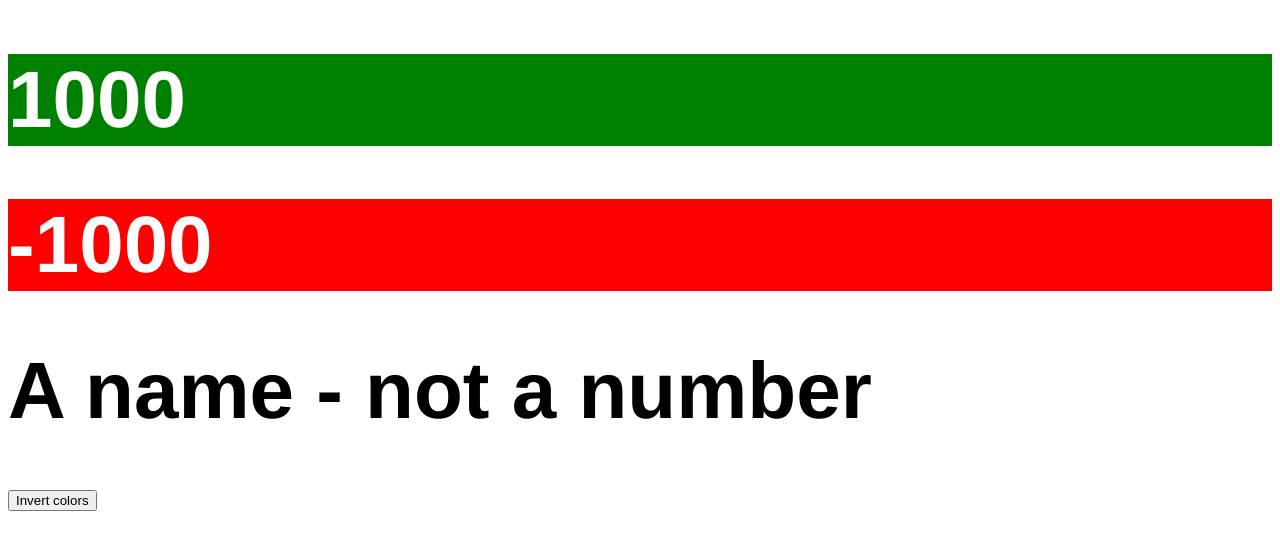
Repository: sammkrt/saltPrecourse
Page: jsDom-trainingGround/eventsInTheDom.html
The author's editor kept a copy of each file at every save. The page is drawn from the files as they stood at one save, then again after the next save.
The browser window is 1280 px wide. The pictures show the whole page.

Above is the page before, as saved 2022-12-25 18:06:45.

After the next save:
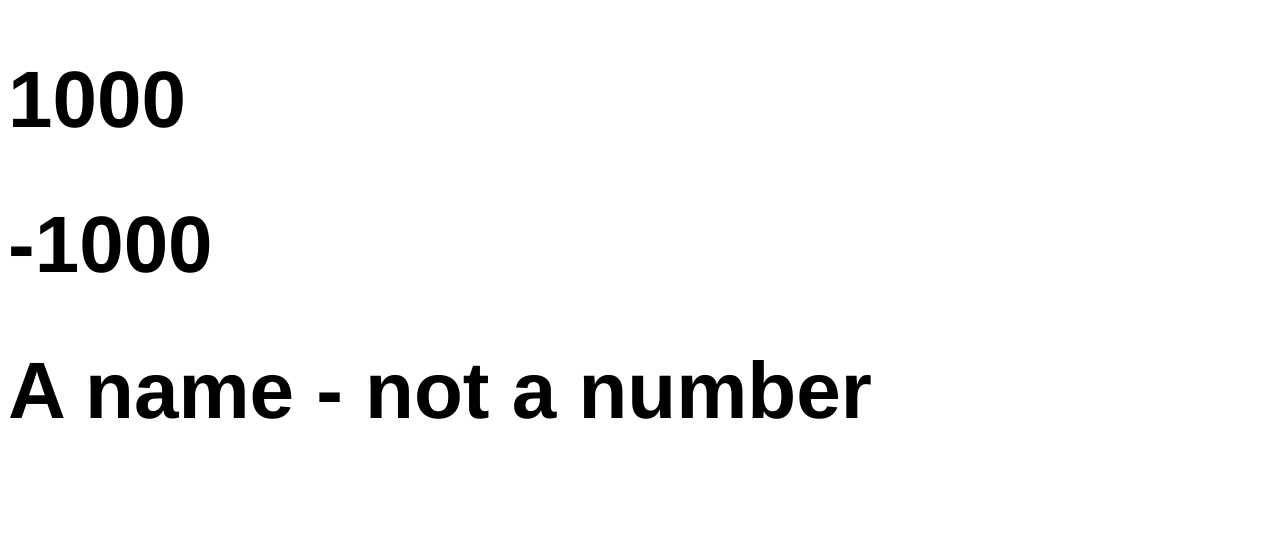
Saved 9 min 58 s later.
--- a/jsDom-trainingGround/eventsInTheDom.html
+++ b/jsDom-trainingGround/eventsInTheDom.html
@@ -4,7 +4,7 @@
     <meta charset="UTF-8">
     <meta http-equiv="X-UA-Compatible" content="IE=edge">
     <meta name="viewport" content="width=device-width, initial-scale=1.0">
-    <title>eventsInTheDom</title>
+    <title>Document</title>
     <style>
         .mainResult{
             font-family: 'Franklin Gothic Medium', 'Arial Narrow', Arial, sans-serif;
@@ -43,62 +43,13 @@
             }
         }
     </script>
-
-    <script>
-        function invertColorOfResults() {
-            const mainResultElements = document.querySelectorAll('.mainResult');
-
-            for (let i = 0; i < mainResultElements.length; i++) {
-                const element = mainResultElements[i];
-                console.log(element.textContent);
-
-                if(element.classList.contains('positiveResult')) {
-                element.classList.remove('positiveResult');
-                element.classList.add('negativeResult');
-                continue;
-                }
-                if(element.classList.contains('negativeResult')) {
-                    element.classList.remove('negativeResult');
-                    element.classList.add('positiveResult');
-                    continue;
-                }
-
-            }
-        }
-    </script>
-
-    <script>
-        invertColorOfResults()
-    </script>
-
-
 </head>
-
 <body>
     <main>
         <h1 class="mainResult">1000</h1>
         <h1 class="mainResult">-1000</h1>
         <h1 class="mainResult"> A name - not a number</h1>
-
-    <button id="btnInversion" onclick="invertColorOfResults();">Invert colors</button>
     </main>
-    <script>
-
-    </script>
-
-    <script>
-       document.addEventListener('DOMContentLoaded', function() {
-        console.log("Document is loaded, y'all");
-        addResultStyling();
-       })
-    </script>
-
-    <script>
-        const btn = document.getElementById('btnInversion');
-        btn.addEventListener('click', () => {
-            invertColorOfResults();
-        });
-    </script>
 
 </body>
 </html>

After the 4 saves that followed:
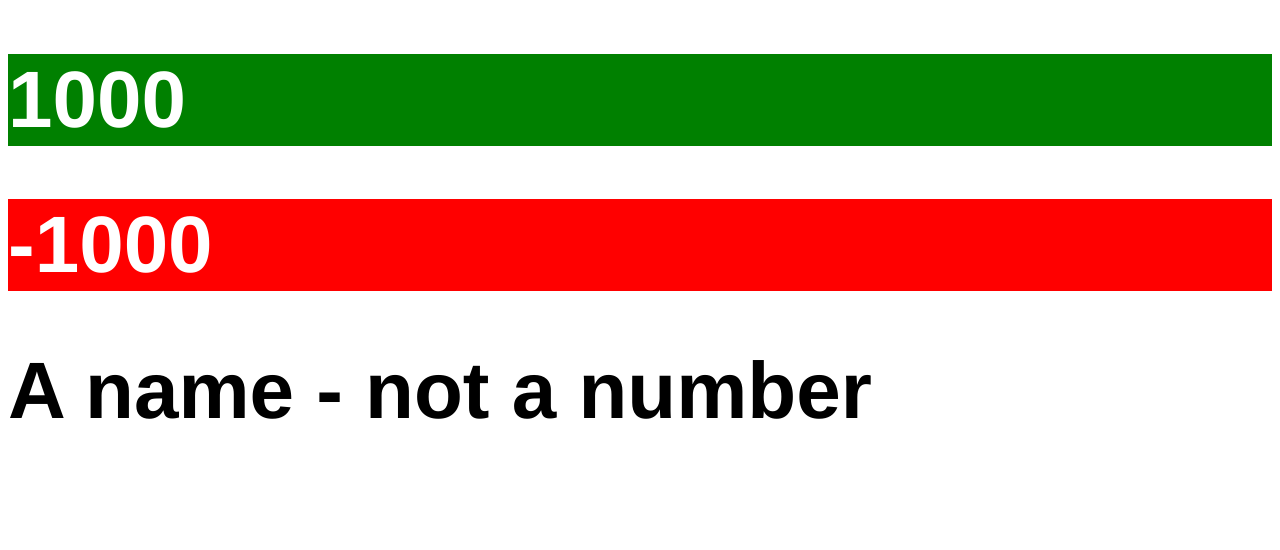
The 4 saves are shown as one change because 3 left the picture as it was.
The last was saved 2 min 26 s later.
--- a/jsDom-trainingGround/eventsInTheDom.html
+++ b/jsDom-trainingGround/eventsInTheDom.html
@@ -4,7 +4,7 @@
     <meta charset="UTF-8">
     <meta http-equiv="X-UA-Compatible" content="IE=edge">
     <meta name="viewport" content="width=device-width, initial-scale=1.0">
-    <title>Document</title>
+    <title>eventsInTheDom</title>
     <style>
         .mainResult{
             font-family: 'Franklin Gothic Medium', 'Arial Narrow', Arial, sans-serif;
@@ -43,6 +43,7 @@
             }
         }
     </script>
+
 </head>
 <body>
     <main>
@@ -50,6 +51,8 @@
         <h1 class="mainResult">-1000</h1>
         <h1 class="mainResult"> A name - not a number</h1>
     </main>
-
+    <script>
+        addResultStyling()
+    </script>
 </body>
 </html>
